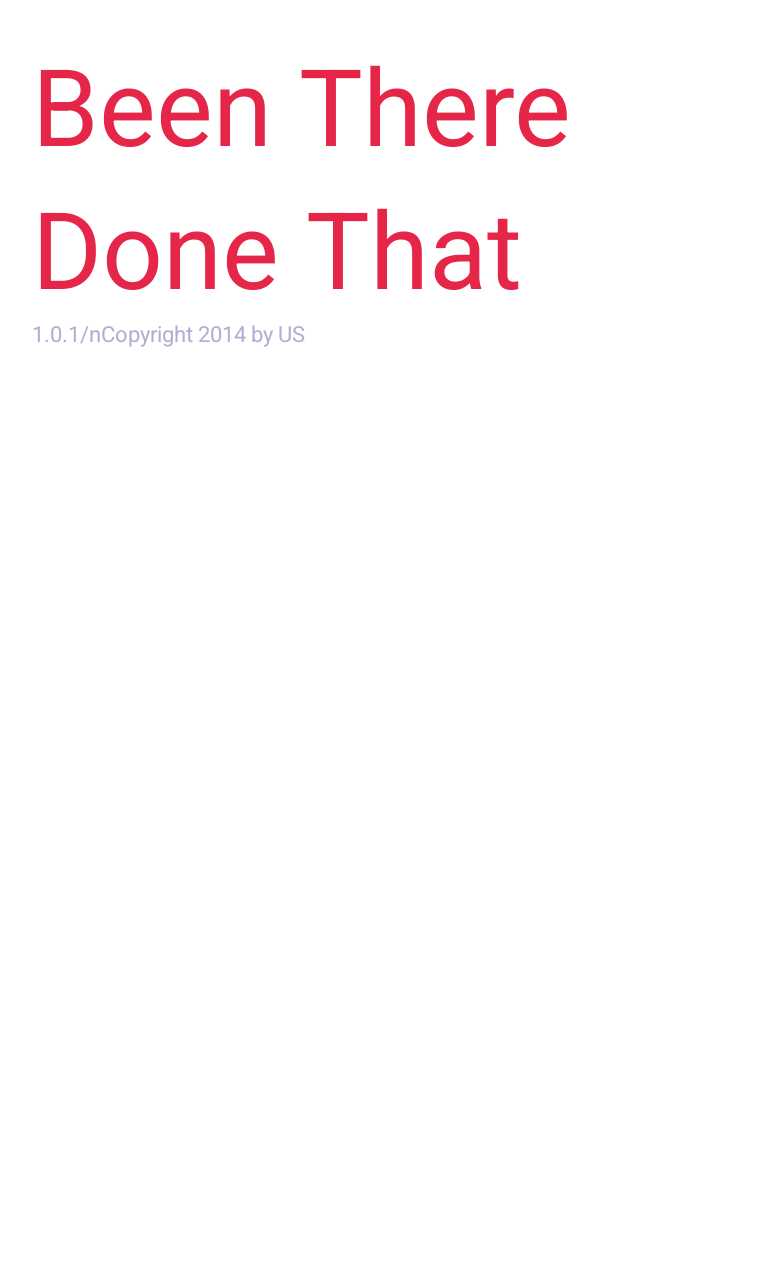
Repository: MapRantala/AndroidExamples
Layout: TriviaQuiz/res/layout/splash.xml
These files come from the project's save history. The layout is drawn as it stood at one moment and after the next save; the edit follows.
It is drawn on a 768 x 1280 px phone screen (xhdpi) without system bars, with theme AppTheme; the app's code is not run.

Above is the layout before, as saved 2014-02-23 18:44:18.

### TriviaQuiz/res/layout/splash.xml
<RelativeLayout xmlns:android="http://schemas.android.com/apk/res/android"
    xmlns:tools="http://schemas.android.com/tools"
    android:layout_width="wrap_content"
    android:layout_height="wrap_content"
    android:paddingBottom="@dimen/activity_vertical_margin"
    android:paddingLeft="@dimen/activity_horizontal_margin"
    android:paddingRight="@dimen/activity_horizontal_margin"
    android:paddingTop="@dimen/activity_vertical_margin"
    tools:context=".QuizSplashActivity" >

    <LinearLayout
        android:id="@+id/splash_primarylayout"
        android:layout_width="match_parent"
        android:layout_height="match_parent"
        android:layout_alignParentLeft="true"
        android:layout_alignParentTop="true"
        android:orientation="vertical" >

        <TextView
            android:id="@+id/TextViewTopTitle"
            android:layout_width="match_parent"
            android:layout_height="wrap_content"
            android:text="@string/splash_top"
            android:textColor="@color/titlecolor"
            android:textSize="@dimen/splash_fontsize_title" />


        <TextView
            android:id="@+id/TextViewBottomTitle"
            android:layout_width="match_parent"
            android:layout_height="wrap_content"
            android:text="@string/splash_bottom"
            android:textColor="@color/titlecolor"
            android:textSize="@dimen/splash_fontsize_title"/>

        <TextView
            android:id="@+id/TextViewBottomVersion"
            android:layout_width="match_parent"
            android:layout_height="match_parent"
            android:text="@string/splash_version"
            android:textColor="@color/versiontextcolor"
            android:textSize="@dimen/splash_fontsize_body" />

    </LinearLayout>

</RelativeLayout>

### TriviaQuiz/res/values/dimens.xml
<resources>

    <!-- Default screen margins, per the Android Design guidelines. -->
    <dimen name="activity_horizontal_margin">16dp</dimen>
    <dimen name="activity_vertical_margin">16dp</dimen>
	<dimen name="splash_fontsize_title">24pt</dimen>
	<dimen name="splash_fontsize_body">5pt</dimen>
	<dimen name="splash_spacing">3pt</dimen>
</resources>

### TriviaQuiz/res/values/strings.xml
<?xml version="1.0" encoding="utf-8"?>
<resources>

    <string name="app_name">Been There, Done That!</string>
    <string name="help">Help Screen</string>
    <string name="menu">Main Menu Screen</string>
    <string name="splash_top">Been There</string>
    <string name="splash_bottom">Done That</string>
    <string name="splash_version">1.0.1/nCopyright 2014 by US</string>
    <string name="settings">Settings Screen</string>
    <string name="game">Game Screen</string>
    <string name="scores">Score Screen</string>
</resources>

### TriviaQuiz/res/values/colors.xml
<?xml version="1.0" encoding="utf-8"?>
<resources>
    <color name="titlecolor">#E62649</color>
    <color name="versiontextcolor">#afafd4</color>
    <color name="versionbackgroundcolor">#000066</color>
</resources>

Loaded but not shown: TriviaQuiz/res/values/styles.xml (common file); TriviaQuiz/res/values-v11/styles.xml (common file); TriviaQuiz/res/values-v14/styles.xml (common file)

After the next save:
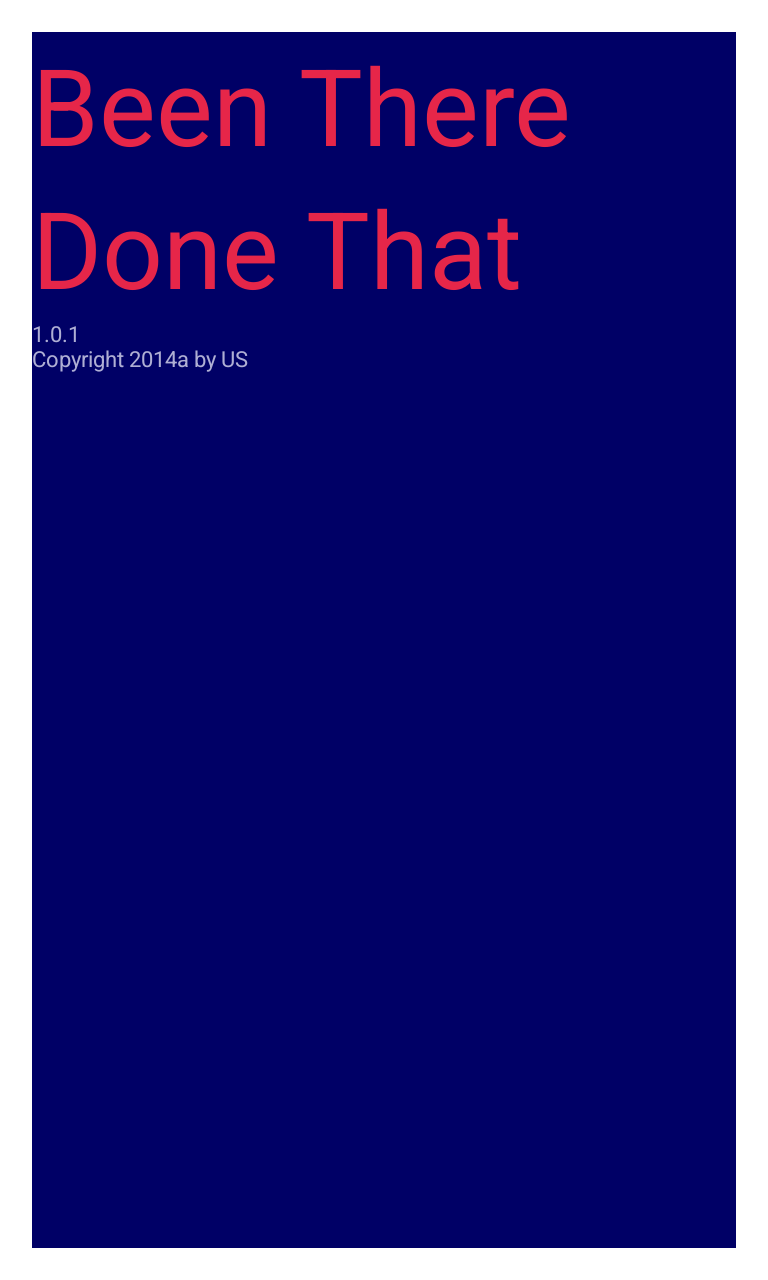
Saved 4 min 22 s later.
--- a/TriviaQuiz/res/layout/splash.xml
+++ b/TriviaQuiz/res/layout/splash.xml
@@ -14,6 +14,7 @@
         android:layout_height="match_parent"
         android:layout_alignParentLeft="true"
         android:layout_alignParentTop="true"
+        android:background="@color/versionbackgroundcolor"
         android:orientation="vertical" >
 
         <TextView
@@ -37,6 +38,7 @@
             android:id="@+id/TextViewBottomVersion"
             android:layout_width="match_parent"
             android:layout_height="match_parent"
+            android:background="@color/versionbackgroundcolor"
             android:text="@string/splash_version"
             android:textColor="@color/versiontextcolor"
             android:textSize="@dimen/splash_fontsize_body" />
--- a/TriviaQuiz/res/values/strings.xml
+++ b/TriviaQuiz/res/values/strings.xml
@@ -6,7 +6,7 @@
     <string name="menu">Main Menu Screen</string>
     <string name="splash_top">Been There</string>
     <string name="splash_bottom">Done That</string>
-    <string name="splash_version">1.0.1/nCopyright 2014 by US</string>
+    <string name="splash_version">1.0.1\nCopyright 2014a by US</string>
     <string name="settings">Settings Screen</string>
     <string name="game">Game Screen</string>
     <string name="scores">Score Screen</string>
